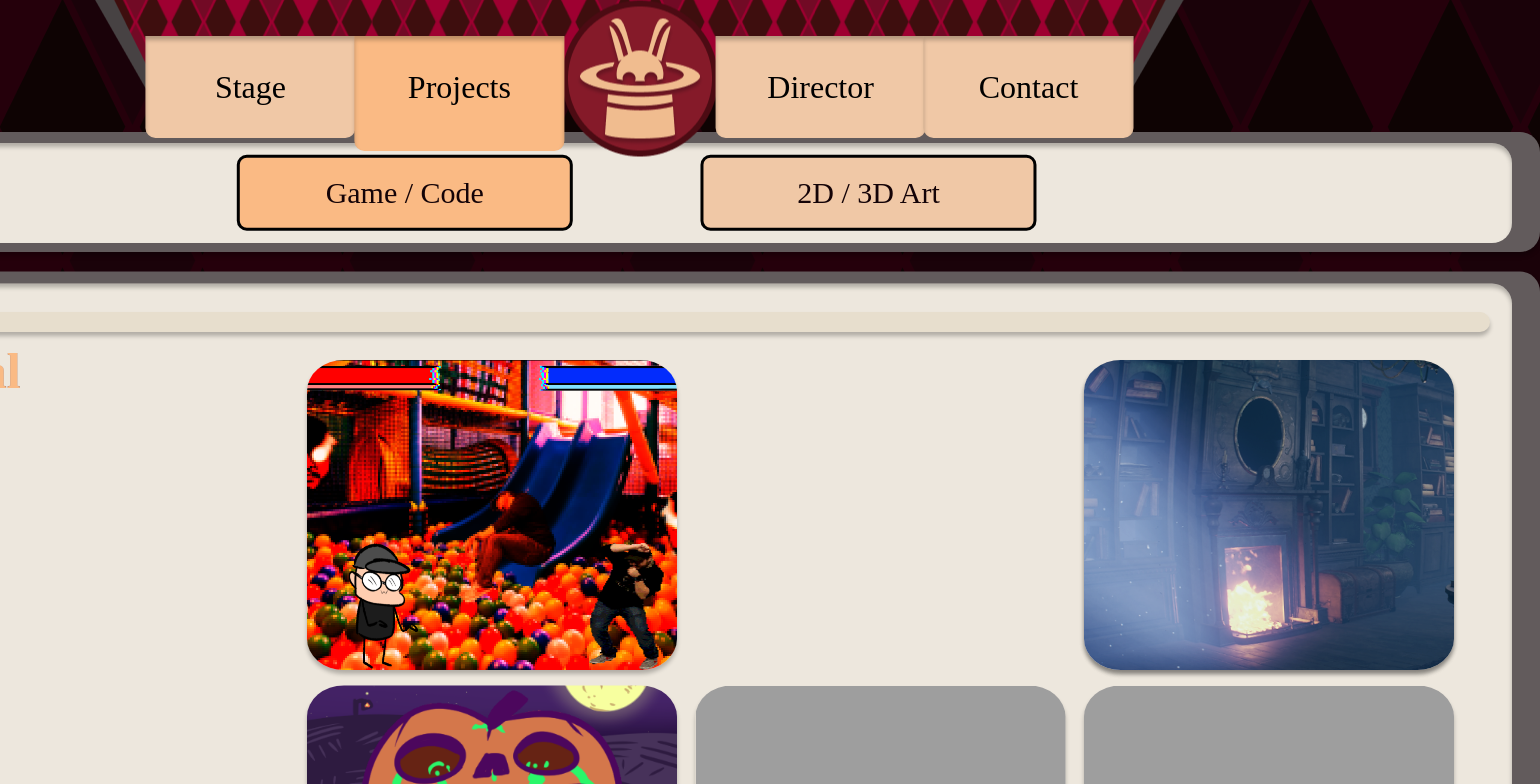
Repository: EMP-ChristinaC/Portfolio
Page: main-project-page/projects.html
An editor plug-in stored every save of this project. The page is shown before and after the next save, followed by the edit.
The browser window is 1280 px wide. The page is 1540 px wide, so the pictures cover 1540 px, including what lies to the right of the window. The pictures show the part of the page from y = 0 to 784 px (the page is 2161 px tall).
Pictures or frames that could not be fetched are drawn as grey boxes. Some web fonts or font styles are not loaded; a fallback is used.

Above is the page before, as saved 2024-12-18 17:14:20.

### main-project-page/projects.html
<!DOCTYPE html>
<html lang="en">

<head>
    <meta charset="UTF-8">
    <meta name="viewport" content="width=device-width, initial-scale=1.0">
    <title>CC- Project Gallery Main</title>
    <!--- ////////////////// OUTSIDE STYLES //////////////////-->


    <!--- ///////////////// GOOGLE FONTS  ////////////////////-->
    <link rel="preconnect" href="https://fonts.googleapis.com">
    <link rel="preconnect" href="https://fonts.gstatic.com" crossorigin>
    <link
        href="https://fonts.googleapis.com/css2?family=Overlock:ital,wght@0,400;0,700;0,900;1,400;1,700;1,900&family=Vast+Shadow&display=swap"
        rel="stylesheet">

    <!--- /////////////// MY STYLES ////////////////-->

    <link rel="stylesheet" href="projects-style.css">
    <link rel="stylesheet" href="../nav.css">
    <!-- <link rel="stylesheet" href="projects-style1280x1024.css"> -->
    <link rel="stylesheet" href="media-style-mac-main.css">
    <link rel="stylesheet" href="media-style-phone-main.css">

    <!--- //////////////// FAVICON LINKS ///////////////////-->
    <link rel="shortcut icon" href="../image/logo.png" type="image/x-icon">
    <link rel="icon" href="../image/logo.png" type="image/x-icon">

</head>

<body class="project">

    <!--- /////////////////////// NAVIGATION /////////////////////-->
    <header class="navigation">
        <img class="nav-background" src="../image/nav-background.png"
            alt="A decor for the nav, it holds a logo with diamond patterns in the background.">


            <a href="../index.html" class="nav-home">Stage</a>
            <a href="../about-page/about.html" class="nav-about">Director</a>
            <a href="../contact-page/contact.html" class="nav-contact">Contact</a>
            <a href="projects.html" class="nav-projects current">Projects</a>
    </header>

    <!--- /////////////////////// BOX OUTLINE ///////////////////////-->

    <div class="box-outline-outside-projects-sub-nav">
        <div class="box-outline-inside-projects-sub-nav"></div>
    </div>

    <a href="projects.html" class="main current-sub">Game / Code</a>

    <a href="../sub-project-page/projects-two.html" class="sub">2D / 3D Art</a>


    <div class="box-outline-outside-projects">
        <div class="box-outline-inside-projects"></div>
    <!-- <div class="dia-left-projects">
        <img src="../image/Dia-bottom-left.png"
            alt="A diamond pattern decor that is placed onto the bottom left of the box outline">
    </div>

    <div class="dia-right-projects">
        <img src="../image/Dia-top-right.png"
            alt="A diamond pattern decor that is placed onto the top right of the box outline">
    </div> -->
    </div>

    <div class="box-outline-heading-wel-project">
        <div class="heading-intro-project">
            <h1>Digital</h1>
        </div>
    </div>

    <!--- ////////////////////////-->

    <div class="box-outline-outside-projects-two">
        <div class="box-outline-inside-projects-two"></div>
    <!-- <div class="dia-left-projects-two">
        <img src="../image/Dia-bottom-left.png"
            alt="A diamond pattern decor that is placed onto the bottom left of the box outline">
    </div>

    <div class="dia-right-projects-two">
        <img src="../image/Dia-top-right.png"
            alt="A diamond pattern decor that is placed onto the top right of the box outline">
    </div> -->
    </div>

    <div class="box-outline-heading-wel-project-two">
        <div class="heading-intro-project-two">
            <h1>Physical</h1>
        </div>
    </div>



    <!--- ////////////////////////-->

    <div class="box-outline-outside-foot">
        <div class="box-outline-inside-foot"></div>

            <footer class="section">
                <p>© 2024 by Christina Chan. Powered and secured by Github</p>

                <a class="github" href="https://github.com/EMP-ChristinaC"> <img src="../image/Github-icon.png"
                    alt="Github icon image."></a>

            <a class="twitter" href="https://x.com/EMP_Nifl"> <img src="../image/Twitter-Icon.png"
                    alt="Twitter icon image."></a>

                    <a class="discord" href="https://discordapp.com/users/456539039286165514"> <img src="../image/discord-icon.webp"
                            alt="Discord icon image."></a>

                    <a class="linkedin" href="https://www.linkedin.com/in/christina-chan-290a29323/"> <img src="../image/Linkedin-icon.webp"
                            alt="Linkedin icon image."></a>

                            <a class="instagram" href="https://www.instagram.com/emp_christinac/"> <img
                                src="../../image/InstagramIcon.png" alt="Instagram icon image."></a>
                </div>

            </footer>
    </div>


    <!--- /////////////////////// DECOR  ///////////////////////-->

    <!-- <div class="left-curtain">
        <img src="../image/curtains-left.png" alt="A curtain decor that is placed on the left side of the website.">
    </div>

    <div class="right-curtain">
        <img src="../image/curtain-right.png" alt="A curtain decor that is placed on the right side of the website.">
    </div> -->

    <!--- /////////////////////// TEXT ///////////////////////-->


    <!--- /////////////////////// FOOTER ///////////////////////-->


    <!--- /////////////////////// IMAGES DESKTOP ///////////////////////-->

    <div class="image-container">
        <a href="../projects/cardcraft/mc.html"> <img src="../image/CardCraft-Show Case-Overview.jpg" alt="An overview image of a project called CardCraft.">
        <div class="hover-overlay">
            <div class="hover-text-overlay">CardCraft</div>
        </div>
    </div>

    <div class="image-container-two">
        <a href="../projects/potato-shuffle/potato.html"> <img src="../image/Cover.png" alt="An overview image of a project called Potato Shuffle.">
        <div class="hover-overlay">
            <div class="hover-text-overlay">Potato Shuffle</div>
        </div>
    </div>

    <div class="image-container-three">
        <a href="../projects/mystic-rain/mystic.html"> <img src="../image/MysticRain Home Screen.png" alt="An overview image of a project called MysticRain.">
        <div class="hover-overlay">
            <div class="hover-text-overlay">MysticRain</div>
        </div>
    </div>


    <div class="image-container-four">
        <a href="../projects/smash-n-dash/smash.html"> <img src="../image/Smash-N-Dash-Main-Screen.png" alt="An overview image of a project called Smash N Dash.">
        <div class="hover-overlay">
            <div class="hover-text-overlay">Smash-n-Dash</div>
        </div>
    </div>

    <div class="image-container-five">
        <a href="../projects/"> <img src="../image/Inner-Demons-Gallery.png" alt="An overview image of a project called Sniffle: The Fox Box.">
        <div class="hover-overlay">
            <div class="hover-text-overlay">Inner Demons<br> [In Progress]</div>
        </div>
    </div>

    <div class="image-container-six">
        <a href="../projects/"> <img src="../image/OnlyTwo-Gallery.png" alt="An overview image of a project called Liyue Sunset.">
        <div class="hover-overlay">
            <div class="hover-text-overlay">Only Two<br> [In Progress]</div>
        </div>
    </div>

    <div class="image-container-seven">
        <a href=""> <img src="../image/Please-Wait.png" alt="An overview image of a project called Please Wait.">
        <div class="hover-overlay">
            <div class="hover-text-overlay">Please Wait! <br> [In Progress]</div>
        </div>
    </div>


</body>

</html>

### main-project-page/projects-style.css

/*///////////////////////////////// Box Outline ////////////////////////////*/
.box-outline-outside-projects,
.box-outline-outside-projects-two {
    width: 1800px;
    height: 804px;
    background: rgba(98, 91, 92);
    box-shadow: 0px 4px 4px rgba(0, 0, 0, 0.25);
    border-radius: 20px;
}

.box-outline-outside-projects {
    position: absolute;
    top: 50%;
    left: 50%;
    transform: translate(-50%, -11%);
}

.box-outline-outside-projects-two {
    position: absolute;
    top: 50%;
    left: 50%;
    transform: translate(-50%, 95%);
}

.box-outline-outside-projects-sub-nav {
    width: 1800px;
    height: 120px;
    background: rgba(98, 91, 92);
    box-shadow: 0px 4px 4px rgba(0, 0, 0, 0.25);
    border-radius: 20px;
    position: absolute;
    top: 50%;
    left: 50%;
    transform: translate(-50%, -190%);
}


/*//////////////////////////////////////////////////////////////////////////////*/


.box-outline-inside-projects {
    width: 1745px;
    height: 780px;
    background: #EDE7DD;
    box-shadow: 0px 4px 4px rgba(0, 0, 0, 0.25) inset;
    border-radius: 20px;
    position: absolute;
    top: 1.5%;
    left: 1.5%;
    /* transform: translate(-50%, -26.3%); */
}

.box-outline-inside-projects-two {
    width: 1745px;
    height: 780px;
    background: #EDE7DD;
    box-shadow: 0px 4px 4px rgba(0, 0, 0, 0.25) inset;
    border-radius: 20px;
    position: absolute;
    top: 1.5%;
    left: 1.5%;
    /* transform: translate(-50%, -26.3%); */
}

.box-outline-inside-projects-sub-nav {
    width: 1745px;
    height: 100px;
    background: #EDE7DD;
    box-shadow: 0px 4px 4px rgba(0, 0, 0, 0.25) inset;
    border-radius: 20px;
    position: absolute;
    top: 9%;
    left: 1.5%;
    /* transform: translate(-50%, -26.3%); */
}

/*/////////////////////////////////////*/

.box-outline-heading-wel-project,
.box-outline-heading-wel-project-two {
    width: 1700px;
    height: 20px;
    background: #E7DECD;
    box-shadow: 0px 4px 4px rgba(0, 0, 0, 0.25);
    border-radius: 20px;
    z-index: 1;

}
/*/////////////////////////////////////*/

.box-outline-heading-wel-project {
    position: absolute;
    top: 45%;
    left: 50%;
    transform: translate(-50%, -60%);
}

.box-outline-heading-wel-project-two {
    position: absolute;
    top: 117%;
    left: 50%;
    transform: translate(-50%, 895%);
}


/*/////////////////////////////////////*/

.box-outline-outside-foot {
    width: 100%;
    height: 200px;
    background: rgba(98, 91, 92);
    box-shadow: 0px 4px 4px rgba(0, 0, 0, 0.25);
    border-radius: 20px 20px 0 0;
    position: absolute;
    top: 50%;
    left: 50%;
    transform: translate(-50%, 800%);
}

.box-outline-inside-foot {
    width: 99%;
    height: 185px;
    position: absolute;
    background: #EDE7DD;
    box-shadow: 0px 4px 4px rgba(0, 0, 0, 0.25) inset;
    border-radius: 20px 20px 0 0;
    position: absolute;
    /* transform: translate(-50%, 343%); */
    top: 8%;
    left: 0.5%;
}


/*///////////////////////////////// Decor ////////////////////////////*/

.dia-left-projects img,
.dia-left-projects-two img {
    position: absolute;
    top: 27%;
    left: 50%;
    transform: translate(-385%, 205%);
}


.dia-right-projects img,
.dia-right-projects-two img {
    position: absolute;
    top: 27%;
    right: 50%;
    transform: translate(385%, -107%);
}


/*/////////////////////////////////////*/

.left-curtain {
    position: fixed;
    top: 0%;
    left: 0%;
}

.right-curtain {
    position: fixed;
    top: 0%;
    right: 0%;
}

/*///////////////////////////////// Heading Text ////////////////////////////*/

.heading-intro-project,
.heading-intro-project-two {
    width: 827px;
    text-align: center;
    color: #FABA84;
    font-size: 25px;
    font-family: Vast Shadow;
    font-weight: 400;
    -webkit-text-stroke: 0.1px #4C0B13;
    z-index: 1;
}

/*/////////////////////////////////////*/

.heading-intro-project {
    position: absolute;
    top: -20%;
    left: -15%;
    /* transform: translate(-50%, -320%); */
}

.heading-intro-project-two {
    position: absolute;
    top: -20%;
    left: -14%;
    /* transform: translate(-50%, -320%); */
}

/*///////////////////////////////// Paragraph Text ////////////////////////////*/

footer.section {
    text-align: center;
    color: black;
    font-size: 14px;
    font-family: Overlock;
    font-weight: 400;

    width: 500px;
    position: absolute;
    top: 50%;
    left: 50%;
    transform: translate(-53%, 80%);

}

footer.section p {
    width: 100%;
    height: 100%;
    transform: translate(1%, 35%);
}


/*/////////////////////////////////////*/
.github {
    width: 45px;
    height: 45px;
    position: absolute;
    top: 50%;
    left: 50%;
    overflow: hidden;
    box-shadow: 0px 4px 4px rgba(0, 0, 0, 0.25);
    border-radius: 30px;
    transform: translate(-250%, -180%);
}

.github img {
    width: 100%;
    height: 100%;
    object-fit: cover;
    transition: all 0.3s ease-in-out;
    transform: translate(0%, 0%);
}

.twitter {
    width: 45px;
    height: 45px;
    position: absolute;
    top: 50%;
    left: 50%;
    overflow: hidden;
    box-shadow: 0px 4px 4px rgba(0, 0, 0, 0.25);
    border-radius: 30px;
    transform: translate(-100%, -180%);
}

.twitter img {
    width: 100%;
    height: 100%;
    object-fit: cover;
    transition: all 0.3s ease-in-out;
    transform: translate(-0%, -0%);
}


.discord {
    width: 45px;
    height: 45px;
    position: absolute;
    top: 50%;
    left: 50%;
    overflow: hidden;
    box-shadow: 0px 4px 4px rgba(0, 0, 0, 0.25);
    border-radius: 30px;
    transform: translate(50%, -180%);
}

.discord img {
    width: 100%;
    height: 100%;
    object-fit: cover;
    transition: all 0.3s ease-in-out;
    transform: translate(-0%, -0%);
}


.linkedin {
    width: 45px;
    height: 45px;
    position: absolute;
    top: 50%;
    left: 50%;
    overflow: hidden;
    box-shadow: 0px 4px 4px rgba(0, 0, 0, 0.25);
    border-radius: 30px;
    transform: translate(200%, -180%);
}

.linkedin img {
    width: 100%;
    height: 100%;
    object-fit: cover;
    transition: all 0.3s ease-in-out;
    transform: translate(-0%, -0%);
}
/*///////////////////////////////// Button ////////////////////////////*/

.main,
.sub {
    position: absolute;
    text-align: center;
    color: #140307;
    font-family: Vast Shadow;
    font-weight: 400;
    background: #F0C8A6;
    top: 50%;
    left: 50%;
    border: none;
    cursor: pointer;
    transition: all 0.3s ease-in-out;
    border: 3px black solid;
    border-radius: 10px;
    z-index: 1;
}

/*/////////////////////////////////////*/


.main {
    transform: translate(-120%, -270%);
    font-size: 30px;
    line-height: 70px;
    width: 330px;
    height: 70px;
}

.sub {
    transform: translate(18%, -270%);
    font-size: 30px;
    line-height: 70px;
    width: 330px;
    height: 70px;
}


/*///////////////////////////////// Animation ////////////////////////////*/

.image-container {
    transform: translate(120%, 320%);
}

.image-container-two {
    transform: translate(120%, 0%);
}

.image-container-three {
    transform: translate(120%, 105%);
}


.image-container-four {
    transform: translate(-90%, 105%);
}

.image-container-five {
    transform: translate(-90%, 0%);
}

.image-container-six {
    transform: translate(120%, 0%);
}

.image-container-seven {
    transform: translate(15%, 105%);
}

.image-container,
.image-container-two,
.image-container-three,
.image-container-four,
.image-container-five,
.image-container-six,
.image-container-seven {
    top: 50%;
    left: 50%;
    position: absolute;
    width: 370px;
    height: 310px;
    border-radius: 10%;
    overflow: hidden;
    box-shadow: 0px 4px 4px rgba(0, 0, 0, 0.25);
}

.image-container img {
    width: 150%;
    height: 150%;
    object-fit: cover;
    transform: translate(-20%, -15%);
    transition: all 0.3s ease-in-out;
}

.image-container-two img {
    width: 130%;
    height: 130%;
    object-fit: cover;
    transform: translate(-12%, -16%);
    transition: all 0.3s ease-in-out;
}

.image-container-three img {
    width: 150%;
    height: 100%;
    object-fit: cover;
    transform: translate(-30%, -0%);
    transition: all 0.3s ease-in-out;
}

.image-container-four img {
    width: 100%;
    height: 190%;
    transform: translate(0%, -17%);
    object-fit: cover;
    transition: all 0.3s ease-in-out;
}

.image-container-five img {
    width: 100%;
    height: 100%;
    object-fit: cover;
    transition: all 0.3s ease-in-out;
}

.image-container-six img {
    width: 140%;
    height: 140%;
    object-fit: cover;
    transition: all 0.3s ease-in-out;
    transform: translate(0%, -15%);
}

.image-container-seven img {
    width: 100%;
    height: 100%;
    object-fit: cover;
    transition: all 0.3s ease-in-out;
}

.hover-overlay {
    position: absolute;
    top: 0;
    left: 0;
    width: 100%;
    height: 100%;
    display: flex;
    justify-content: center;
    align-items: center;
    opacity: 0;
    transition: opacity 0.8s ease;
    background: rgba(0, 0, 0, 0.4);
    border-radius: 10%;
}

.hover-text-overlay {
    color: #f1f1f1;
    font-size: 25px;
    font-family: Overlock;
    font-weight: 400;
    padding: 20px;
    text-align: center;
}

.image-container:hover .hover-overlay,
.image-container-two:hover .hover-overlay,
.image-container-three:hover .hover-overlay,
.image-container-four:hover .hover-overlay,
.image-container-five:hover .hover-overlay,
.image-container-six:hover .hover-overlay,
.image-container-seven:hover .hover-overlay {
    opacity: 1;
}


/*///////////////////////////////// Phone ////////////////////////////*/

.phone-projects {
    display: none;
}

### main-project-page/media-style-mac-main.css
@media screen and (min-width: 2005px) and (min-height: 1353px) {


    /*///////////////////////////////// Nav Decor ////////////////////////////*/
    .nav-background {
        transform: translate(-50%, -57%);
        width: 1320px;
        height: auto;

    }


    .nav-home,
    .nav-about,
    .nav-contact,
    .nav-projects {
        width: 250px;
        height: 120px;
        font-size: 38px;
        font-weight: 400;
        line-height: 120px;
    }

    .current {
        height: 16%;
    }

    /*///////////////////////// Nav Home //////////////////////////*/
    .nav-home {
        transform: translate(-235.5%);
    }

    .nav-home:hover {
        height: 16%;
    }

    /*///////////////////////////// Nav About /////////////////////////*/
    .nav-about {
        transform: translate(-136%);
    }

    .nav-about:hover {
        height: 16%;
    }

    /*/////////////////////////////////// Nav Contact ///////////////////////*/
    .nav-contact {
        transform: translate(36%);
    }

    .nav-contact:hover {
        height: 16%;
    }

    /*///////////////////////////////// Nav Projects ////////////////////////////*/
    .nav-projects {
        transform: translate(135%);
    }

    .nav-projects:hover {
        height: 16%;
    }

    /*//////////////////////////*/


    /* .project::before {
        width: 2005px;
        height: 2400px;
    } */


    .left-curtain img {
        width: auto;
        height: 1480px;
    }


    .right-curtain img {
        width: auto;
        height: 1510px;
    }





}

Loaded but not shown: main-project-page/media-style-phone-main.css (322 lines, source omitted); nav.css (334 lines, source omitted)

After the next save:
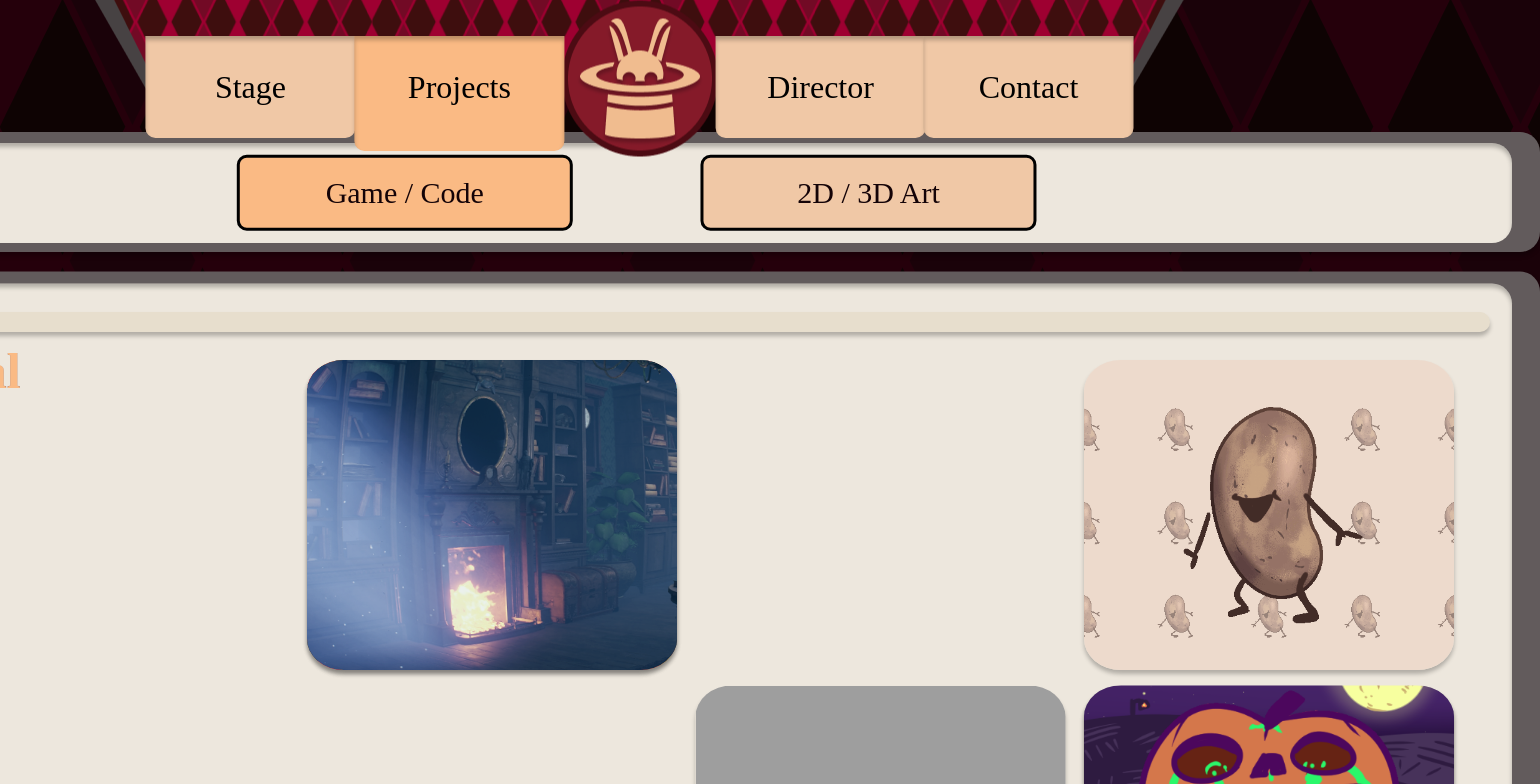
Saved 14 s later.
--- a/main-project-page/projects-style.css
+++ b/main-project-page/projects-style.css
@@ -358,7 +358,7 @@ footer.section p {
 
 
 .image-container-four {
-    transform: translate(-90%, 105%);
+    transform: translate(120%, 105%);
 }
 
 .image-container-five {
@@ -366,7 +366,7 @@ footer.section p {
 }
 
 .image-container-six {
-    transform: translate(120%, 0%);
+    transform: translate(-90%, 0%);
 }
 
 .image-container-seven {
